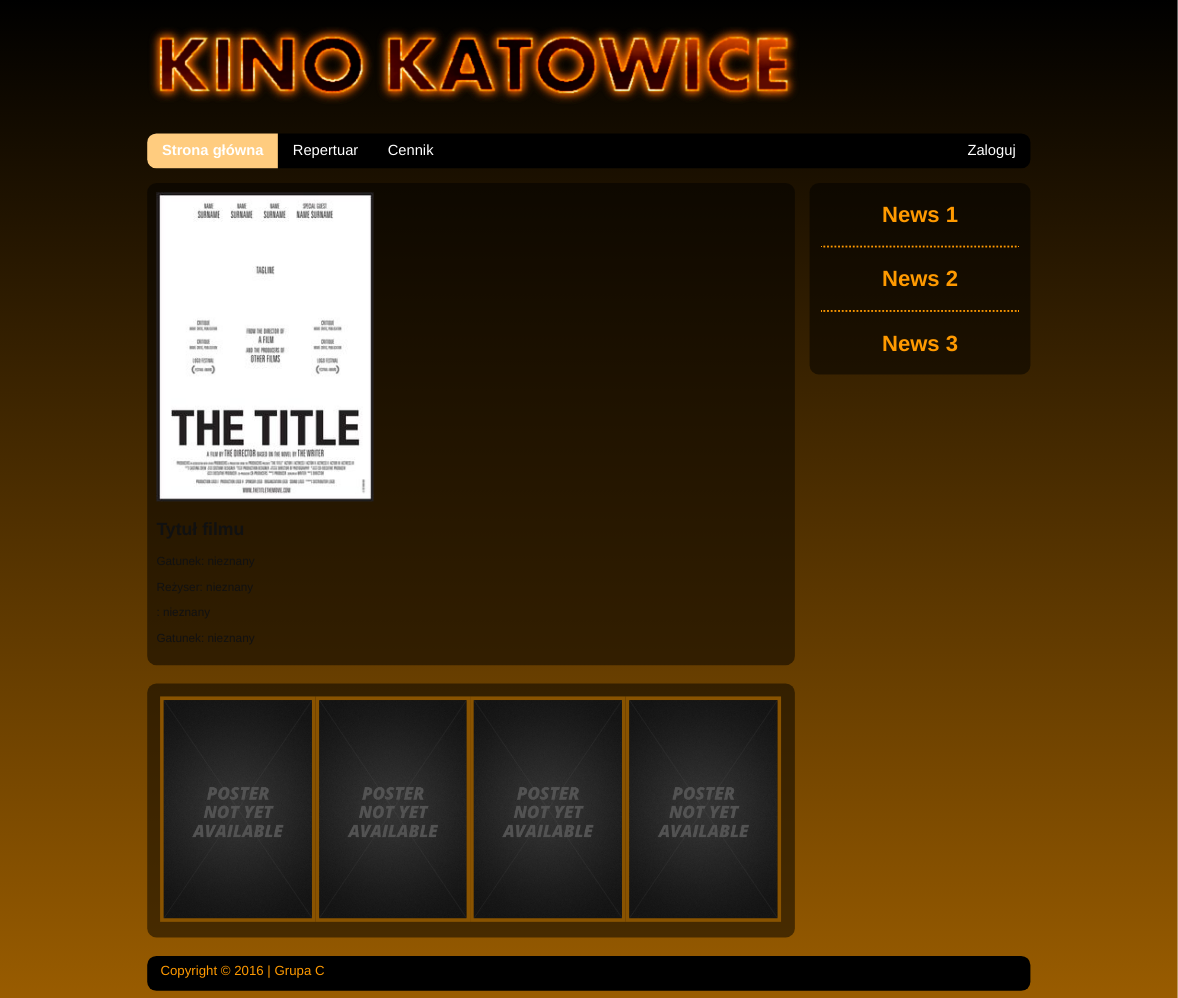
Repository: Gate4/Grupa-C
Page: http://localhost/KinoWebApp/WEB-INF/jsp/welcome.jsp
An editor plug-in stored every save of this project. The page is shown before and after the next save, followed by the edit.
The browser window is 1280 px wide. The pictures show the whole page, at 92% of full size.
Some web libraries are served in a nearby version. The page is served by Tomcat 9. Nobody is signed in. Other server files are loaded and not shown. The template is opened directly, without the code that normally fills it, so the values that code supplies are empty.

Above is the page before, as saved 2016-04-21 21:47:43.

### KinoWebApp/WebContent/WEB-INF/jsp/welcome.jsp
<%@page pageEncoding="UTF-8" contentType="text/html; charset=UTF-8"%>
<%@ taglib prefix="spring" uri="http://www.springframework.org/tags"%>
<!DOCTYPE html>
<html>
<head>


<spring:url value="/resources/style.css" var="styleCSS" />
<link href="${styleCSS}" rel="stylesheet" />
<script
	src="https://ajax.googleapis.com/ajax/libs/jquery/2.1.3/jquery.min.js"></script>
<link href="${styleCSS}" rel="stylesheet" />
<title>Kino</title>
</head>

<body>
	<div id="page">
		<header>
			<h1 id="logo">
				<img src="img/logo.png" alt="Najlepsze kino ever">
			</h1>

			<nav class="clear">
				<ul>
					<li><a class="active" href='#'>Strona główna</a></li>
					<li><a href='#'>Repertuar</a></li>
					<li><a href='#'>Cennik</a></li>
					<li><a href='#'>Zaloguj</a></li>
				</ul>
			</nav>
		</header>


		<div id="content" role="main">
			<section class="primary">
				<section class="tile">
					<img src="resources/img/poster1.jpg" alt="Tytuł filmu 1">
					<h2>Tytuł filmu</h2>
					<p>Gatunek: <span>nieznany</span></p>
					<p>Reżyser: <span>nieznany</span></p>
					<p>: <span>nieznany</span></p>
					<p>Gatunek: <span>nieznany</span></p>
				</section>

				<section class="tile">
					<section class="poster">
						<a href='#'><img src="resources/img/poster4.jpg"
							alt="Tytuł filmu 1"></a>
					</section>
					<section class="poster">
						<a href='#'><img src="resources/img/poster4.jpg"
							alt="Tytuł filmu 2"></a>
					</section>
					<section class="poster">
						<a href='#'><img src="resources/img/poster4.jpg"
							alt="Tytuł filmu 3"></a>
					</section>
					<section class="poster">
						<a href='#'><img src="resources/img/poster4.jpg"
							alt="Tytuł filmu 4"></a>
					</section>
				</section>

			</section>

			<aside class="secondary">
				<section>
					<h2>News 1</h2>
					<p>${message}</p>
				</section>
				<hr>
				<section>
					<h2>News 2</h2>
					<p>${message}</p>
				</section>
				<hr>
				<section>
					<h2>News 3</h2>
					<p>${message}</p>
				</section>
			</aside>
		</div>

		<footer class="clear">
			<section class="footer">
				<p>Copyright © 2016 | Grupa C</p>
			</section>
		</footer>
	</div>

</body>

</html>

### KinoWebApp/WebContent/resources/style.css
body{
	background: #000000;
	background: linear-gradient(#000000, #995c00);
	color: #FF9A00;
	font-family: Helvetica, Verdana, sans;
}

#page{
	width: 960px;
	margin: 0 auto;
}

#logo, .primary, .poster, .tile{
	float: left;
}

#contact, .secondary{
	float: right;
}

.clear{
	clear: both;
}

.primary{
	width: 75%;
}

.secondary{
	border-radius: 10px;
	background-color: #000000;
	background-color: rgba(0,0,0,0.5);
	width: 25%;
}

.secondary p{
	margin-left: 1em;
	text-align: left;
	color: #FFCC7F;
}

.secondary h2{
	text-align: center;
}

.secondary hr{
	border: none;
	border-top: 2px dotted #FF9A00;
	width: 90%;
}

nav ul{
	border-radius: 10px;
	background-color: #000000;
	min-height: 2.4em;
	list-style: none;
	padding: 0;
}

nav ul li{
	display: inline;
	padding: 5px 1em;
}

nav ul li a{
	display: block;
	float: left;
	height: 1.2em;
	padding: 0.6em 1em;
	margin: 0;
	color: #fff;
	text-decoration: none;
}

nav ul li a:hover, a.active{
	background: #FFCC7F;
	font-weight: bold;
}

nav ul li:last-child{
	float: right;
	padding: 0;
}

nav ul li:first-child a:hover, nav ul li:first-child a.active{
	border-radius: 10px 0 0 10px;
}

nav ul li:last-child a:hover, nav ul li:last-child a.active{
	border-radius: 0 10px 10px 0;
}


.hidden{
	display: none;
}

.poster{
	width: 23.5%;
	padding: 4px 4px 4px 4px;
}

.poster img{
	border-style: solid;
    border-width: 4px;
    border-color: #895300;
	width: 100%;
}

.poster img:hover{
	border-style: solid;
    border-width: 4px;
    border-color: #ffb13b;
	width: 100%;
}


.tile{
    border-radius: 10px;
	background-color: #000000;
	background-color: rgba(0,0,0,0.5);
    width: 95%;

    color: #111;

    font-size: 0.8em;

    text-align: left;

    margin: 0px 20px 20px 0px;

    padding: 10px 10px 10px 10px;

    border-radius: 10px;
}

.footer{
	border-radius: 10px;
	background-color: #000000;
	min-height: 2.4em;
	padding: 0 0px 0 0;
}

.footer p{
	font-size: 0.9em;
	padding: 0.6em 1em;
}

After the next save:
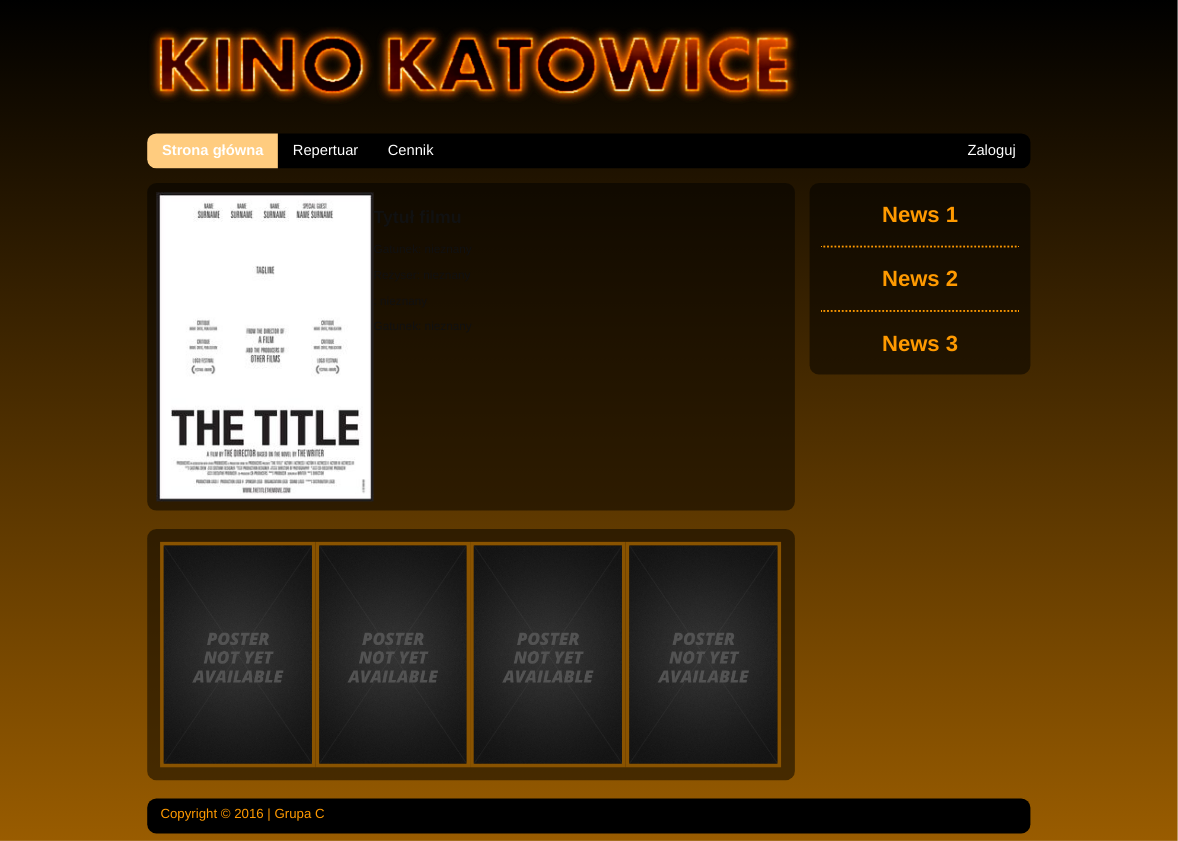
Saved 49 s later.
--- a/KinoWebApp/WebContent/resources/style.css
+++ b/KinoWebApp/WebContent/resources/style.css
@@ -134,6 +134,10 @@ nav ul li:last-child a:hover, nav ul li:last-child a.active{
     border-radius: 10px;
 }
 
+.tile img{
+	float: left;
+}
+
 .footer{
 	border-radius: 10px;
 	background-color: #000000;
